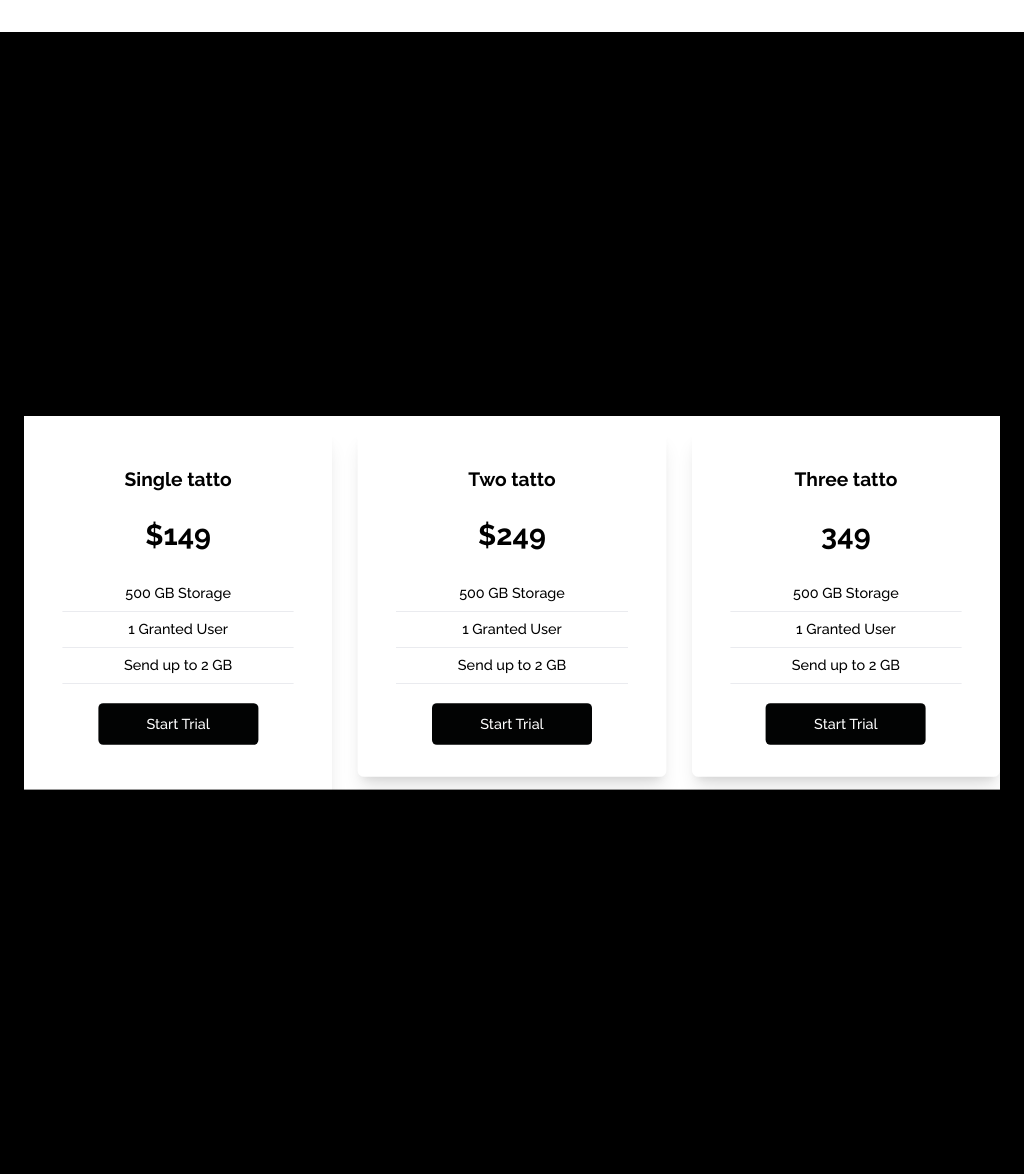
Repository: OmniaRafat232111121/tatto
Page: /
The author's editor kept a copy of each file at every save. The page is drawn from the files as they stood at one save, then again after a run of saves.
The browser window is 1280 px wide. The pictures show the whole page, at 80% of full size.
Some web fonts or font styles are not loaded; a fallback is used. The project was rebuilt for these pictures with package versions that can differ from the ones it lists, and the page was loaded fresh each time. Also part of the build but not shown: src/data.js, src/variants.js, src/components/Hero.js, src/components/Nav.js, src/components/Socials.js, src/components/NavMobile.js, src/components/Header.js, src/components/About.js and 9 more.

Above is the page before, as saved 2022-11-01 03:27:02.

After the next 3 saves:
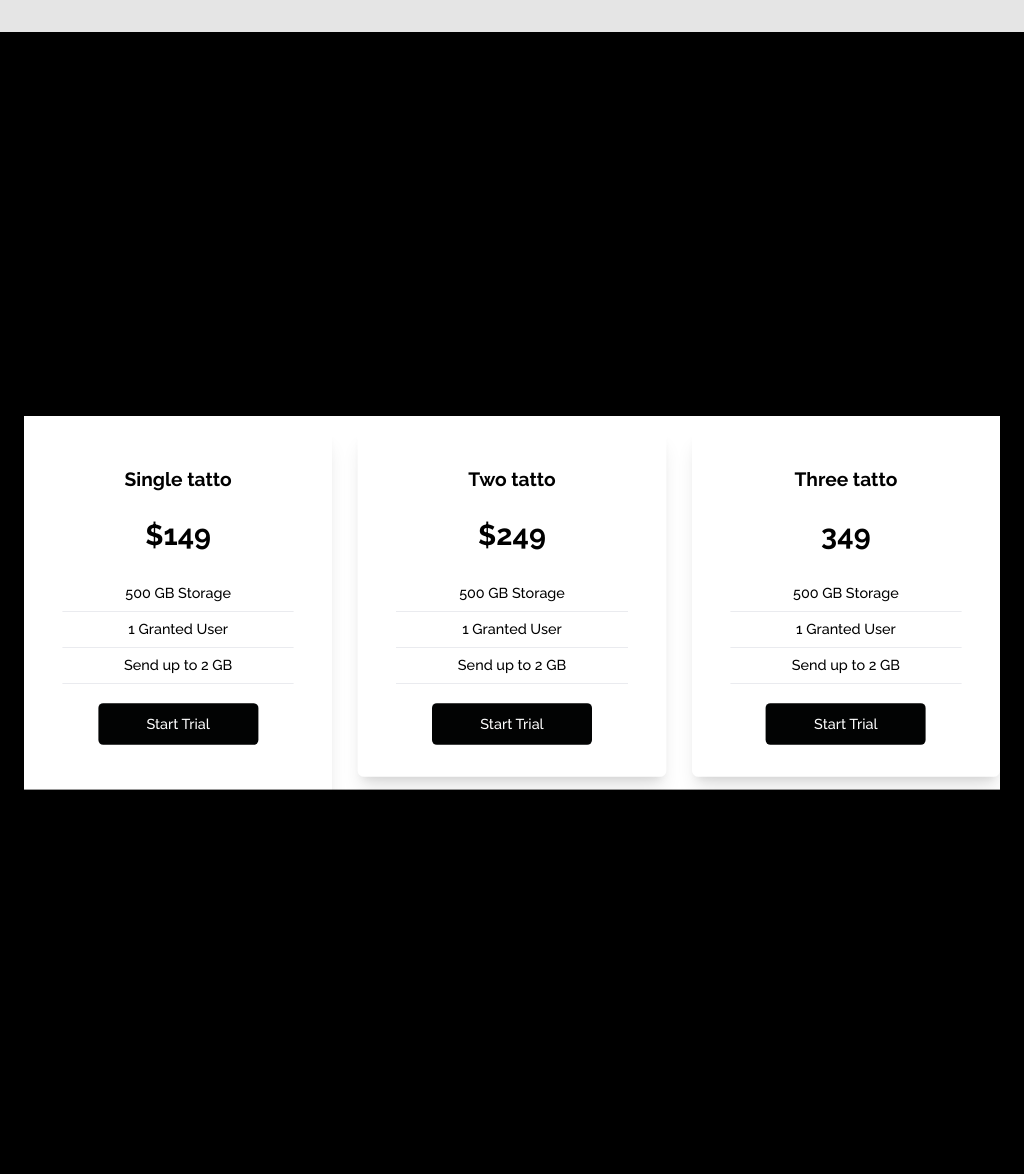
The 3 saves are shown as one change because they came seconds apart.
The last was saved 43 s later.
--- a/src/App.js
+++ b/src/App.js
@@ -17,7 +17,7 @@
 
 const App = () => {
   return (
-    <div className='max-w-[1920px] mx-auto overflow-hidden bg-white'>
+    <div>
      <Flex/>
 
       {/* <div className='h-[4000px]'></div> */}

After the 2 saves that followed:
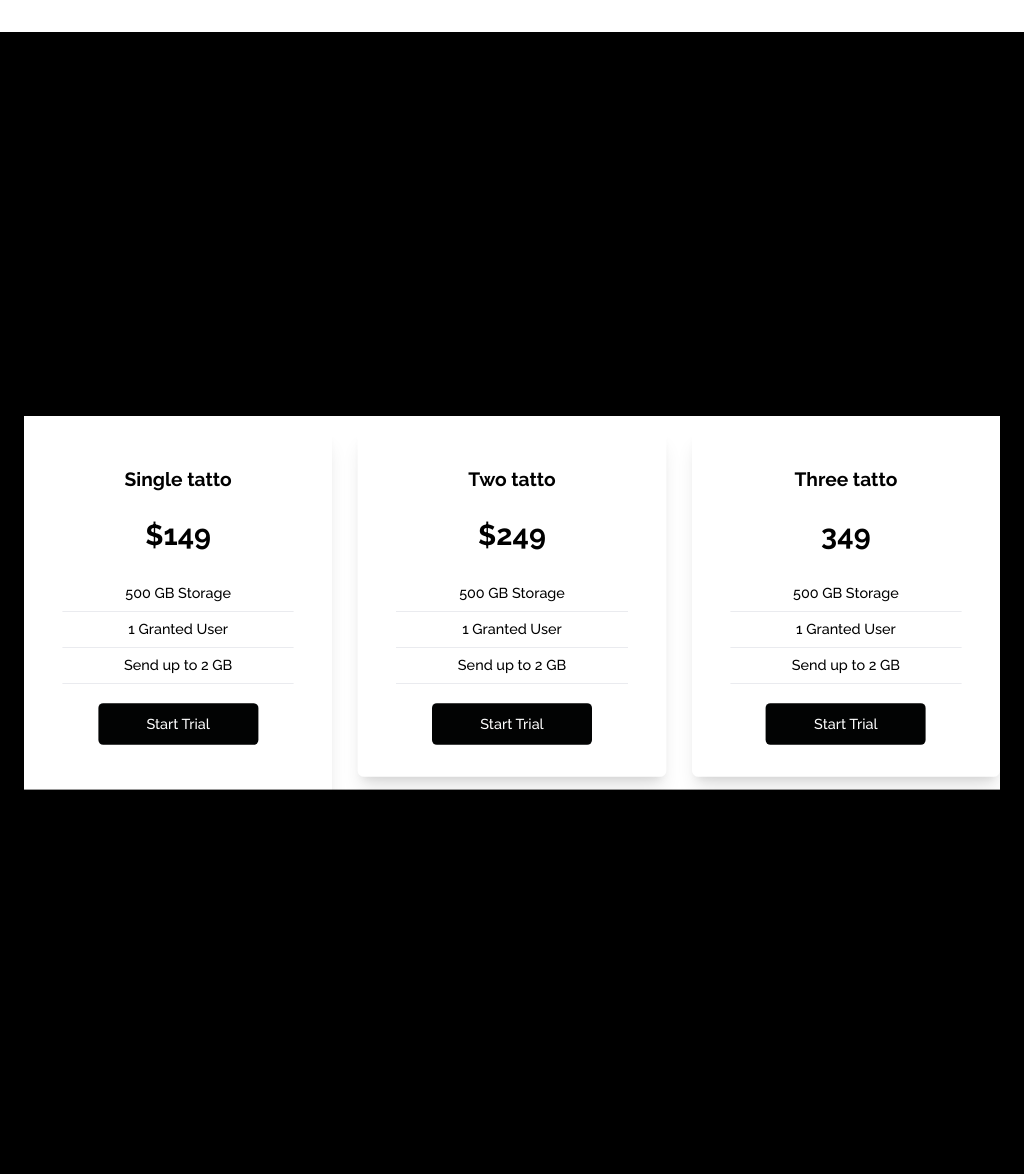
The 2 saves are shown as one change because they came seconds apart.
The last was saved 5 s later.
--- a/src/App.js
+++ b/src/App.js
@@ -17,7 +17,7 @@
 
 const App = () => {
   return (
-    <div>
+    <div className='max-w-[1920px] mx-auto overflow-hidden bg-white'>
      <Flex/>
 
       {/* <div className='h-[4000px]'></div> */}
